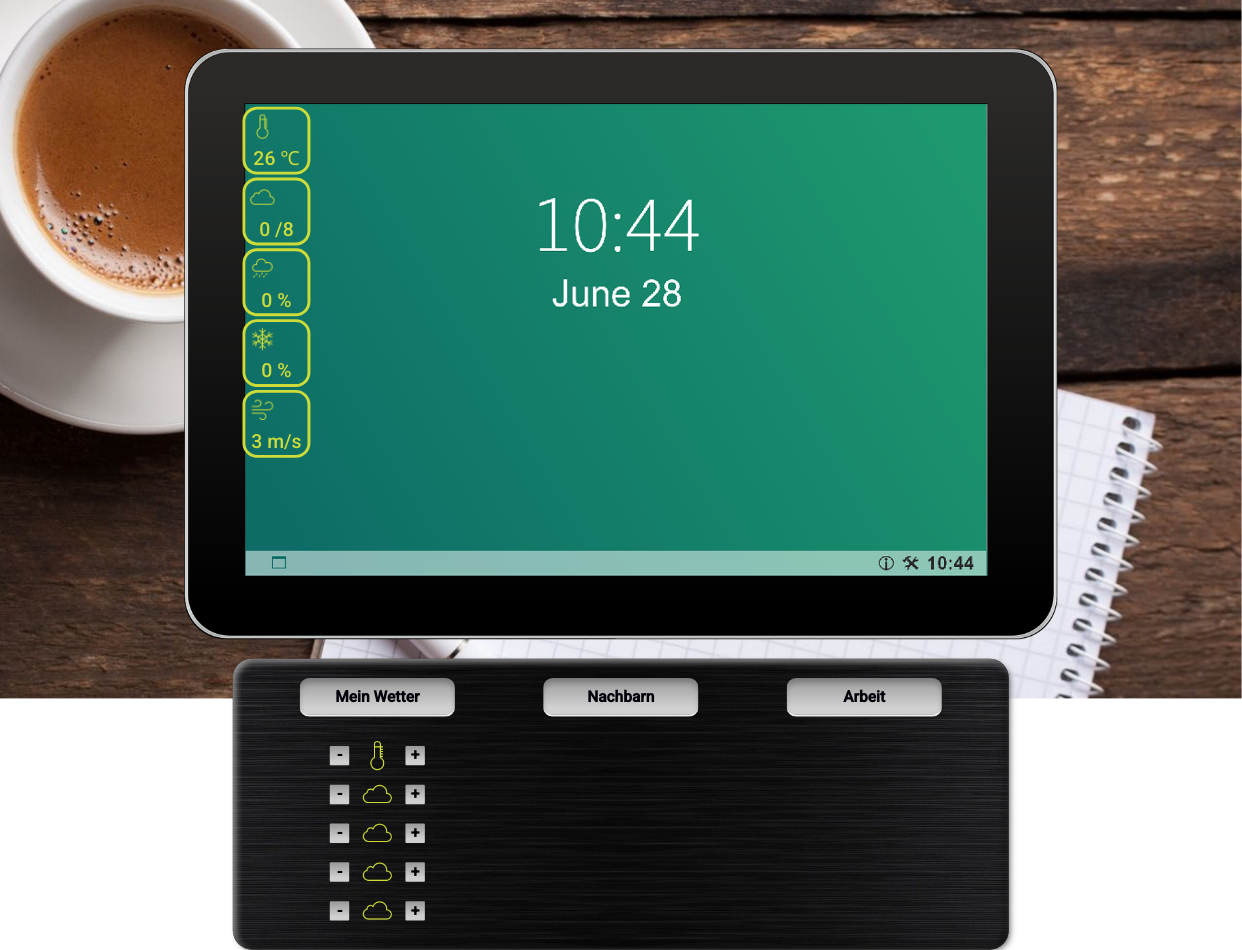
Repository: NadiaSchmitz/wetter.githab.io
Page: index.html
The author's editor kept a record of every edit. The page is drawn from the files as they stood at one moment, then again after the next edit.
The browser window is 1280 px wide. The pictures show the whole page, at 97% of full size.

Above is the page before.
Not found: styles/background1.css
Not found: styles/background2.css
Not found: styles/background3.css

### index.html
<!DOCTYPE html>
<html>

<head>
  <meta charset="utf-8" />
  <title>Das Wetter</title>
  <link rel="stylesheet" href="./styles/reset.css" type="text/css" />
  <link rel="stylesheet" href="./styles/style.css" type="text/css" />
  <link rel="stylesheet" href="./styles/icons.css" type="text/css" />
  <link rel="stylesheet" href="./styles/table.css" type="text/css" />
  <link rel="stylesheet" href="./styles/tablet.css" type="text/css" />
  <link rel="stylesheet" href="./styles/keyboard.css" type="text/css" />
  <link rel="stylesheet" href="./styles/background1.css" type="text/css" />
  <link rel="stylesheet" href="./styles/background2.css" type="text/css" />
  <link rel="stylesheet" href="./styles/background3.css" type="text/css" />
  <meta name="viewport" content="width=device-width, initial-scale=1.0">
  <link rel="preconnect" href="https://fonts.googleapis.com">
  <link rel="preconnect" href="https://fonts.gstatic.com" crossorigin>
  <link href="https://fonts.googleapis.com/css2?family=Roboto:wght@500&display=swap" rel="stylesheet">
  <link rel="shortcut icon" href="images/favicon.png" type="image/x-icon">
  <script src="https://ajax.googleapis.com/ajax/libs/jquery/2.2.0/jquery.min.js"></script>

</head>

<body>
  <section class="wrapper">
    <div class="coffee"></div>
    <section class="inner_wrapper">
      <div class="weather_wrapper">
        <div id="weather" class="main_layout_my_weather">
        <div id="layout_1" class="layout1_my_weather"></div>
        <div class="status_wrapper">
          <div class="status status_temperature">
            <div class="status_value status_temperature_value">
              <span>26</span>
              <span class="celsius">&#8451;</span>
            </div>
          </div>
          <div class="status status_clouds">
            <div class="status_value status_clouds_value">
              <span>0</span>
              <span>/8</span>
            </div>
          </div>
          <div class="status status_rain">
            <div class="status_value status_rain_value">
              <span>0</span>
              <span>%</span>
            </div>
          </div>
          <div class="status status_snow">
            <div class="status_value status_snow_value">
              <span>0</span>
              <span>%</span>
            </div>
          </div>
          <div class="status status_wind">
            <div class="status_value status_wind_value">
              <span>3</span>
              <span>m/s</span>
            </div>
          </div>
        </div>
      </div>
      </div>
      <div class="control">
        <div class="control_keyboard">
          <div class="control_keyboard_section">
            <div class="weather_button_wrapper">
              <span id="myWeather" class="weather_button">Mein Wetter</span>
            </div>
            <div class="control_keyboard_content">
              <div class="control_keyboard_content_item">
                <span class="control_button temperatur_minus">-</span>
                <span class="control_weather temperatur_value"></span>
                <span class="control_button temperatur_plus">+</span>
              </div>
              <div class="control_keyboard_content_item">
                <span class="control_button clouds_minus">-</span>
                <span class="control_weather clouds_value"></span>
                <span class="control_button clouds_plus">+</span>
              </div>
              <div class="control_keyboard_content_item">
                <span class="control_button clouds_minus">-</span>
                <span class="control_weather clouds_value"></span>
                <span class="control_button clouds_plus">+</span>
              </div>
              <div class="control_keyboard_content_item">
                <span class="control_button clouds_minus">-</span>
                <span class="control_weather clouds_value"></span>
                <span class="control_button clouds_plus">+</span>
              </div>
              <div class="control_keyboard_content_item">
                <span class="control_button clouds_minus">-</span>
                <span class="control_weather clouds_value"></span>
                <span class="control_button clouds_plus">+</span>
              </div>
            </div>
          </div>
          <div class="control_keyboard_section">
            <div class="weather_button_wrapper">
              <span id="nachbarnWeather" class="weather_button">Nachbarn</span>
            </div>
          </div>
          <div class="control_keyboard_section">
            <div class="weather_button_wrapper">
              <span id="arbeitWeather" class="weather_button">Arbeit</span>
            </div>
          </div>
        </div>
      </div>
    </section>
  </section>
  <script type="text/javascript" src="./js/weather.js"></script>
  <script type="text/javascript" src="./js/general.js"></script>
</body>

</html>

### styles/reset.css
html, body, div, span, applet, object, iframe,
h1, h2, h3, h4, h5, h6, p, blockquote, pre,
a, abbr, acronym, address, big, cite, code,
del, dfn, em, img, ins, kbd, q, s, samp,
small, strike, strong, sub, sup, tt, var,
b, u, i, center,
dl, dt, dd, ol, ul, li,
fieldset, form, label, legend,
table, caption, tbody, tfoot, thead, tr, th, td,
article, aside, canvas, details, embed,
figure, figcaption, footer, header, hgroup,
menu, nav, output, ruby, section, summary,
time, mark, audio, video {
	margin: 0;
	padding: 0;
	box-sizing: border-box;
	border: 0;
	font-size: 100%;
	font: inherit;
	vertical-align: baseline;
}
/* HTML5 display-role reset for older browsers */
article, aside, details, figcaption, figure,
footer, header, hgroup, menu, nav, section {
	display: block;
}
body {
	line-height: 1;
}
ol, ul {
	list-style: none;
}
blockquote, q {
	quotes: none;
}
blockquote:before, blockquote:after,
q:before, q:after {
	content: '';
	content: none;
}
table {
	border-collapse: collapse;
	border-spacing: 0;
}

### styles/style.css
.wrapper {
  height: calc(100vh);
  background-position: 50% -200px;
}

.inner_wrapper {
  font-family: 'Roboto', sans-serif;
  padding: 50px  0 0 0;
}

.weather_wrapper {
  width: 900px;
  height: 609px;
  background-image: url(../images/tablet.png);
  background-size: contain;
  background-repeat: no-repeat;
  margin: 0 auto 20px;
  padding: 50px;
}

#weather {
  position: relative;
  width: 800px;
  height: 511px;
  background-size: cover;
  background-repeat: no-repeat;
  background-position: 50%;
  margin: 0 auto;
}



#layout_1 {
  position: absolute;
  top: 0;
  bottom: 0;
  left: 0;
  right: 0;
  background-size: cover;
  background-position: 40% 0;
}

.status_wrapper {
  padding: 10px 0 0 10px;
}

.status {
  position: relative;
  width: 70px;
  height: 70px;
  border-radius: 15px;
  border: 3px solid #cddc39;
  background-size: 25px;
  background-position: 5px 5px;
  background-repeat: no-repeat;
  margin: 0 0 3px 0;
}

.status:last-of-type {
  margin: 0;
}

.status_value {
  font-size: 20px;
  line-height: 40px;
  text-align: center;
  color: #cddc39;
  margin: 30px 0 0 0;
}

.control {

}

.control_keyboard {
  width: 800px;
  height: 300px;
  background-color: #3a3939;
  background-size: cover;
  border-radius: 20px;
  text-align: center;
  box-shadow: inset rgba(0,0,0,.5) -3px -3px 8px, inset rgb(179 178 178 / 90%) 3px 3px 8px, rgba(0,0,0,.8) 3px 3px 8px -3px;
  margin: 0 auto;
  padding: 20px;
}

.control_keyboard_section {
  display: inline-block;
  vertical-align: top;
  width: 32.5%;
  padding: 0 10px 0 10px;
}

.weather_button_wrapper {
  margin: 0 0 30px 0;
}

.weather_button {
  width: 160px;
  height: 40px;
  border-bottom: 2px solid #eee;
  box-shadow: inset rgba(0,0,0,0.2) 0px 5px 6px;
  display: block;
  font-size: 16px;
  line-height: 40px;
  color: #000009;
  font-weight: 700;
  text-align: center;
  text-decoration: none;
  background-image: -webkit-linear-gradient(top, #999, #d0d0d0 80%);
  background-image: -moz-linear-gradient(top, #999, #d0d0d0 80%);
  background-image: -ms-linear-gradient(top, #999, #d0d0d0 80%);
  background-image: -o-linear-gradient(top, #999, #d0d0d0 80%);
  background-image: linear-gradient(top, #999, #d0d0d0 80%);
  -moz-border-radius: 10px;
  -webkit-border-radius: 10px;
  border-radius: 10px;
  -webkit-transition: all .1s ease-in;
  -moz-transition: all .1s ease-in;
  -ms-transition: all .1s ease-in;
  -o-transition: all .1s ease-in;
  transition: all .1s ease-in;
  cursor: pointer;
  margin: 0 auto;
}

.weather_button:hover {
  -webkit-box-shadow: rgba(0,0,0,.4) 0 3px 8px;
  -moz-box-shadow: rgba(0,0,0,.4) 0 3px 8px;
  box-shadow: rgba(0,0,0,.4) 0 3px 8px;
}

.weather_button:active {
  color: #777;
  border-bottom: 1px solid #fff;
  -webkit-box-shadow: inset rgba(0,0,0,.5) 0px 5px 10px;
  -moz-box-shadow: inset rgba(0,0,0,.5) 0px 5px 10px;
  box-shadow: inset rgba(0,0,0,.5) 0px 5px 10px;
}

.control_keyboard_content_item {
  margin: 0 0 15px 0;
}

.control_button {
  display: inline-block;
  vertical-align: top;
  width: 20px;
  height: 20px;
  font-size: 16px;
  line-height: 20px;
  font-weight: 700;
  text-align: center;
  background-image: -webkit-linear-gradient(top, #999, #d0d0d0 80%);
  background-image: -moz-linear-gradient(top, #999, #d0d0d0 80%);
  background-image: -ms-linear-gradient(top, #999, #d0d0d0 80%);
  background-image: -o-linear-gradient(top, #999, #d0d0d0 80%);
  background-image: linear-gradient(top, #999, #d0d0d0 80%);
  -moz-border-radius: 1px;
  -webkit-border-radius: 1px;
  border-radius: 1px;
  -webkit-transition: all .1s ease-in;
  -moz-transition: all .1s ease-in;
  -ms-transition: all .1s ease-in;
  -o-transition: all .1s ease-in;
  transition: all .1s ease-in;
}

.control_weather {
  display: inline-block;
  vertical-align: top;
  width: 30px;
  height: 30px;
  background-position: 50%;
  background-size: cover;
  margin: -5px 10px 0 10px;
}

### js/weather.js
var weatherArray = [];
weatherArray = [
  {
    weatherOwner: "myWeather",
    temperaturUnderLimit: 25,
    temperaturStandart: 26,
    temperaturUpperLimit: 27,
    cloudsUnderLimit: 0,
    cloudsStandart: 0,
    cloudsUpperLimit: 1,
    rainUnderLimit: 0,
    rainStandart: 0,
    rainUpperLimit: 5,
    snowUnderLimit: 0,
    snowStandart: 0,
    snowUpperLimit: 0,
    windUnderLimit: 3,
    windStandart: 3,
    windUpperLimit: 5,
    mainLayoutClass: "main_layout_my_weather",
    layout1: "layout1_my_weather",
    layout2: ""
  },

  {
    weatherOwner: "nachbarnWeather",
    temperaturUnderLimit: 3,
    temperaturStandart: 5,
    temperaturUpperLimit: 8,
    cloudsUnderLimit: 7,
    cloudsStandart: 8,
    cloudsUpperLimit: 9,
    rainUnderLimit: 80,
    rainStandart: 90,
    rainUpperLimit: 100,
    snowUnderLimit: 0,
    snowStandart: 0,
    snowUpperLimit: 0,
    windUnderLimit: 20,
    windStandart: 30,
    windUpperLimit: 40,
    mainLayoutClass: "main_layout_nachbarn_weather",
    layout1: "layout1_nachbarn_weather",
    layout2: ""
  },

  {
    weatherOwner: "arbeitWeather",
    temperaturUnderLimit: -10,
    temperaturStandart: -20,
    temperaturUpperLimit: -30,
    cloudsUnderLimit: 3,
    cloudsStandart: 4,
    cloudsUpperLimit: 5,
    rainUnderLimit: 0,
    rainStandart: 0,
    rainUpperLimit: 0,
    snowUnderLimit: 30,
    snowStandart: 50,
    snowUpperLimit: 80,
    windUnderLimit: 0,
    windStandart: 0,
    windUpperLimit: 0,
    mainLayoutClass: "main_layout_arbeit_weather",
    layout1: "layout1_arbeit_weather",
    layout2: ""
  },
]

$(document).ready(function() {
  $(".weather_button").click(function() {
    var buttonId = $(this).attr('id');
    console.log(buttonId);
    for (var i = 0; i < weatherArray.length; i++) {
      if (buttonId == weatherArray[i].weatherOwner) {
        var styleId = i;
        $('#weather').removeClass().addClass(weatherArray[styleId].mainLayoutClass);
        $('#layout_1').removeClass().addClass(weatherArray[styleId].layout1);
        /*$('.sidebar_left').css('backgroundColor', colorSchemeArray[styleId].colorSidebarLeft);
        $('h4').css('backgroundColor', colorSchemeArray[styleId].colorTopic);*/
      }
    }
  });
})

### js/general.js
$(document).ready(function() {
    var widthScreen = $(window).width() - 700;
    var heightScreen = widthScreen / 1.5;

    var screenRatio = widthScreen / heightScreen;

    console.log(widthScreen);
    console.log(heightScreen);
    console.log(screenRatio);

    $(".weather").css("width", widthScreen);
    $(".weather").css("height", heightScreen);
})

Loaded but not shown: styles/icons.css (library); styles/table.css (library); styles/tablet.css (library); styles/keyboard.css (library)

After the next edit:
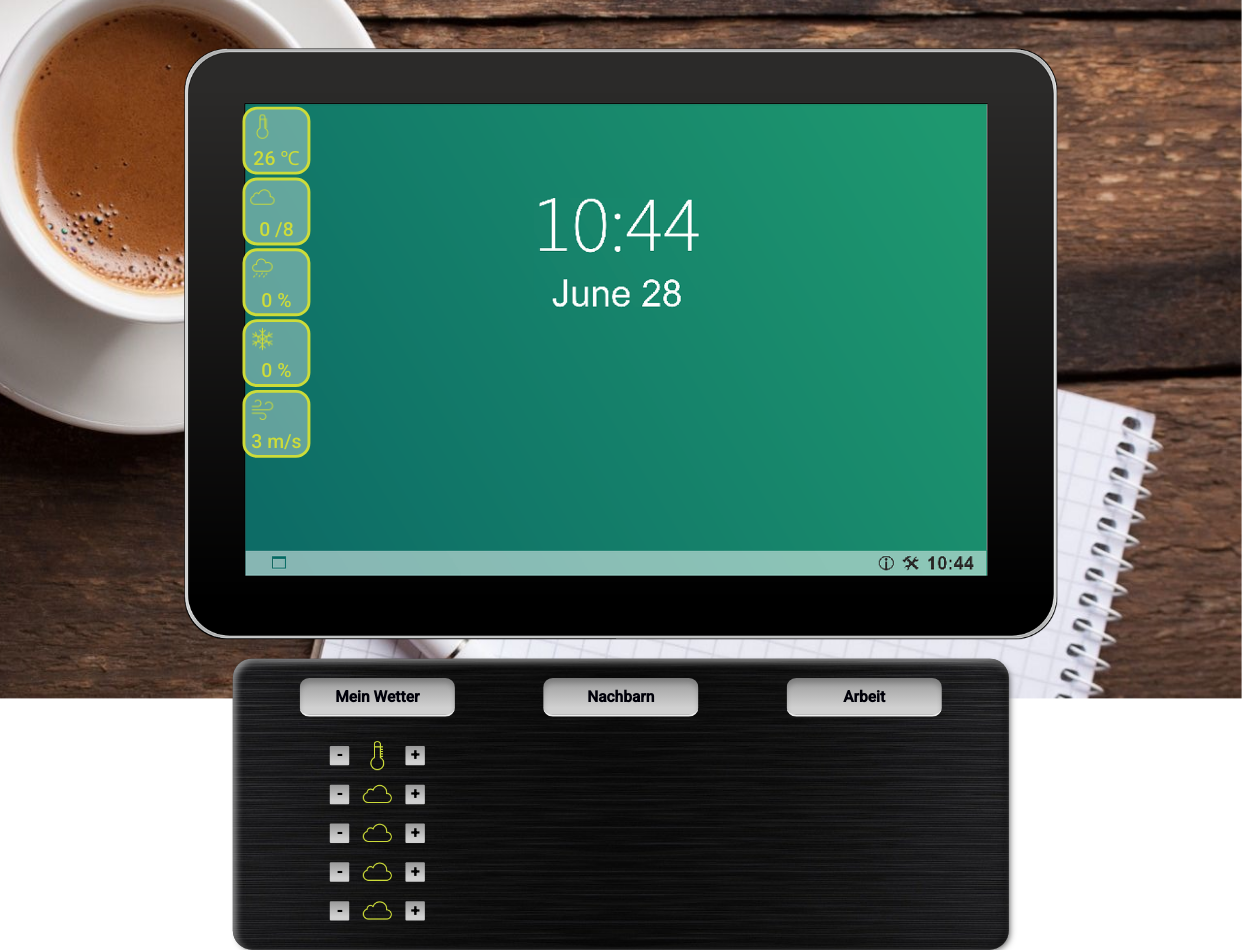
The edit:
--- a/styles/style.css
+++ b/styles/style.css
@@ -53,6 +53,7 @@
   background-size: 25px;
   background-position: 5px 5px;
   background-repeat: no-repeat;
+  background-color: rgb(255 255 255 / 35%);
   margin: 0 0 3px 0;
 }
 
